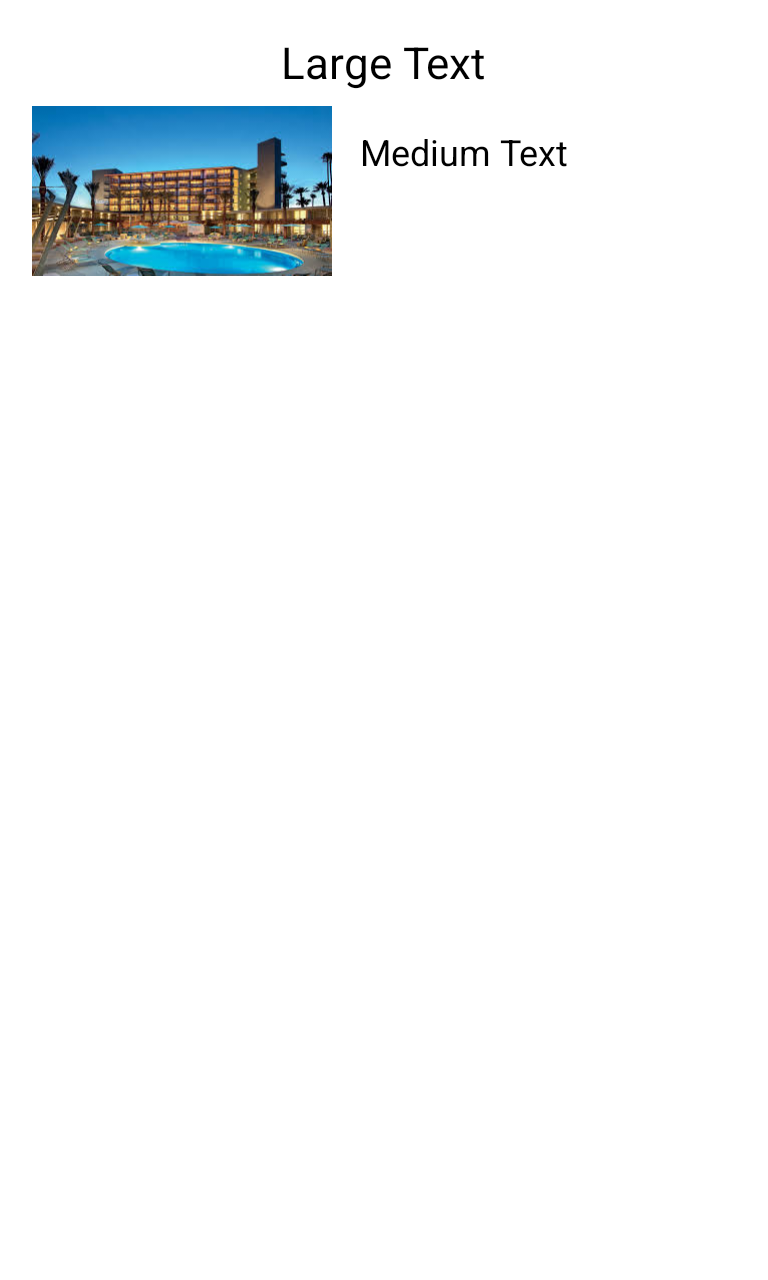
Repository: alyssialui/NCMS
Layout: CodeSprint/HotelLocator/res/layout/activity_featured.xml
These files come from the project's save history. The layout is drawn as it stood at one moment and after the next save; the edit follows.
It is drawn on a 768 x 1280 px phone screen (xhdpi) without system bars, with theme AppTheme; the app's code is not run. Lists and similar views that code fills are empty.

Above is the layout before, as saved 2013-04-07 21:39:08.

After the next save:
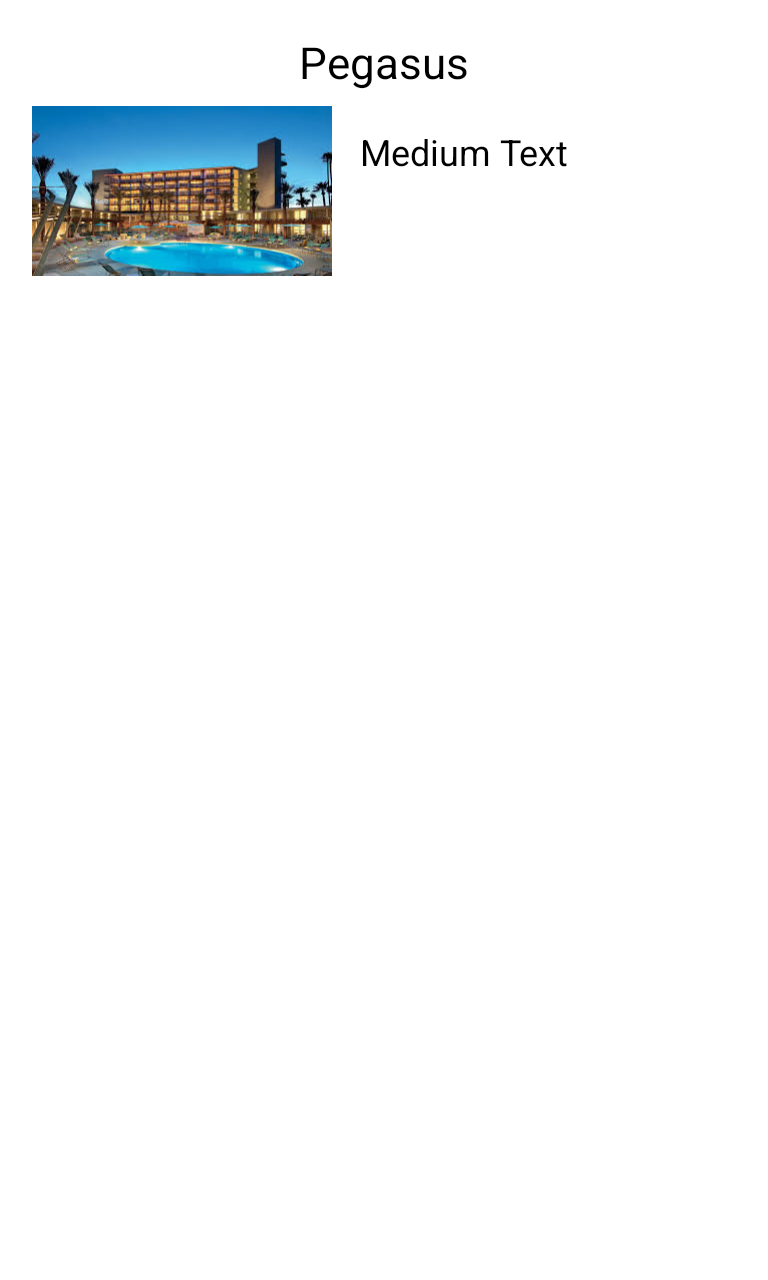
Saved 1 s later.
--- a/CodeSprint/HotelLocator/res/layout/activity_featured.xml
+++ b/CodeSprint/HotelLocator/res/layout/activity_featured.xml
@@ -14,7 +14,7 @@
         android:layout_height="wrap_content"
         android:layout_alignParentTop="true"
         android:layout_centerHorizontal="true"
-        android:text="Large Text"
+        android:text="Pegasus"
         android:textAppearance="?android:attr/textAppearanceLarge" />
 
     <ImageView
@@ -36,28 +36,12 @@
         android:text="Medium Text"
         android:textAppearance="?android:attr/textAppearanceMedium" />
 
-    <ScrollView
-        android:id="@+id/scrollView1"
-        android:layout_width="wrap_content"
-        android:layout_height="wrap_content"
+    <ListView
+        android:id="@+id/listView1"
+        android:layout_width="match_parent"
+        android:layout_height="286dp"
         android:layout_alignLeft="@+id/imageView1"
-        android:layout_alignParentBottom="true"
-        android:layout_alignParentRight="true"
-        android:layout_below="@+id/imageView1"
-        android:layout_marginTop="18dp" >
-
-        <LinearLayout
-            android:layout_width="match_parent"
-            android:layout_height="match_parent"
-            android:orientation="vertical" >
-
-            <ExpandableListView
-                android:id="@+id/expandableListView1"
-                android:layout_width="match_parent"
-                android:layout_height="298dp" >
-            </ExpandableListView>
-
-        </LinearLayout>
-    </ScrollView>
+        android:layout_alignParentBottom="true" >
+    </ListView>
 
 </RelativeLayout>
